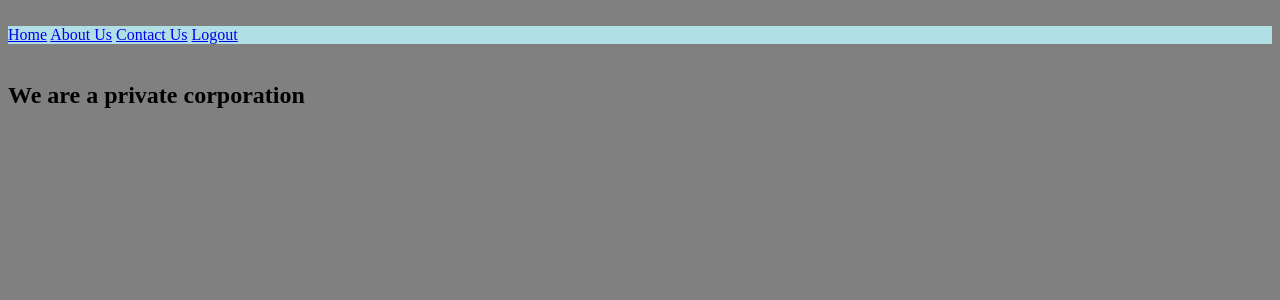
Repository: Mehakbatra496/Eclipse_Workspace
Page: http://localhost/G5_Springboot_LoginReg_ProfileApp/views/aboutUsPage.jsp
An editor plug-in stored every save of this project. The page is shown before and after the next save, followed by the edit.
The browser window is 1280 px wide. The pictures show the whole page.
The page is served by Tomcat 9.

Above is the page before, as saved 2024-08-26 06:58:35.

After the next save:
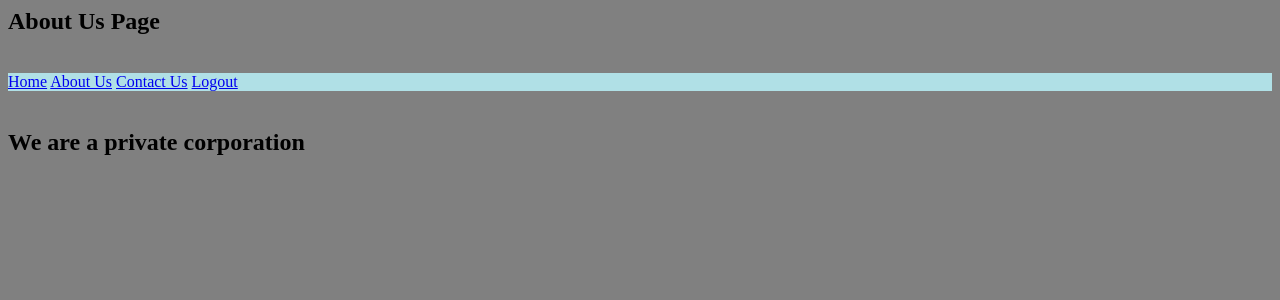
Saved 15 s later.
--- a/G5_Springboot_LoginReg_ProfileApp/src/main/webapp/views/aboutUsPage.jsp
+++ b/G5_Springboot_LoginReg_ProfileApp/src/main/webapp/views/aboutUsPage.jsp
@@ -14,6 +14,7 @@
 
     <body style="background-color: gray">
 
+    <h2>About Us Page</h2>
      <br>
 		<jsp:include page="header.jsp" />
     <br>
